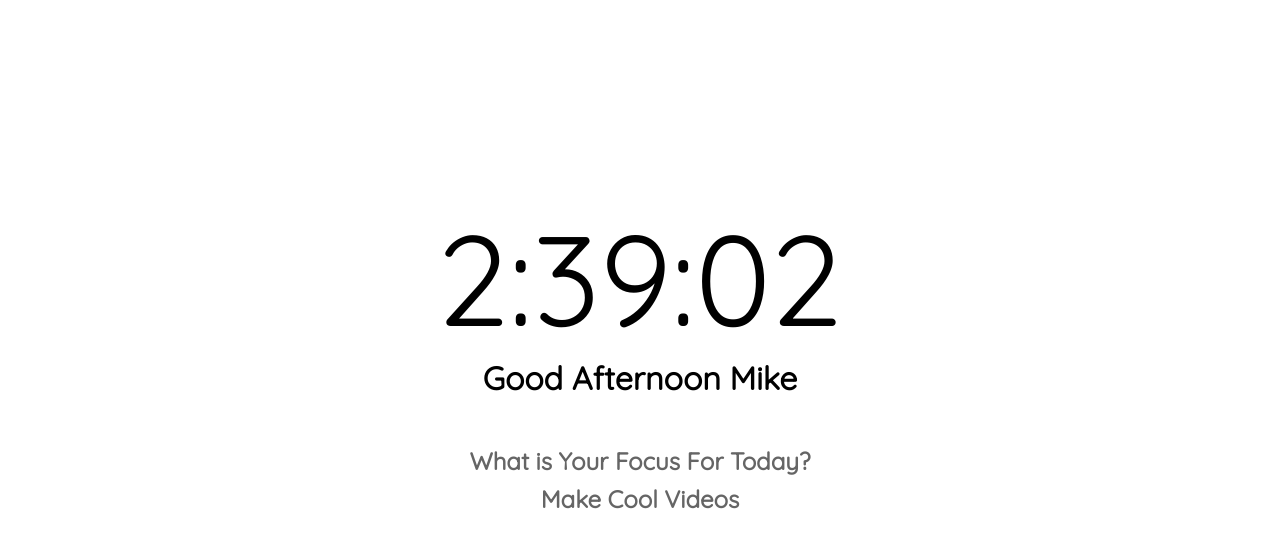
Repository: shadowmare358/focusApp
Page: index.html
The author's editor kept a copy of each file at every save. The page is drawn from the files as they stood at one save, then again after the next save.
The browser window is 1280 px wide. The pictures show the whole page.

Above is the page before, as saved 2019-08-13 18:15:07.

### index.html
<!DOCTYPE html>
<html lang="en">
<head>
    <meta charset="UTF-8">
    <meta name="viewport" content="width=device-width, initial-scale=1.0">
    <meta http-equiv="X-UA-Compatible" content="ie=edge">
    <link href="https://fonts.googleapis.com/css?family=Quicksand&display=swap" rel="stylesheet">
    <link rel="stylesheet" href="css/style.css">
    <title>Welcome</title>
</head>
<body>
    <time id="time">12:17:04</time>
    <h1>
        <span id="greeting">Good Afternoon</span>
        <span id="name" contenteditable="true">Mike</span>
    </h1>

    <h2>What is Your Focus For Today?</h2>
    <h2 id="focus" contenteditable="true">Make Cool Videos</h2>

    <script src="js/main.js"></script>
</body>
</html>

### css/style.css
*{
    box-sizing: border-box;
    margin: 0;
    padding: 0;

}

body{
    font-family: 'Quicksand', sans-serif;
    display: flex;
    flex-direction: column;
    align-items: center;
    justify-content: center;
    text-align: center;
    height: 100vh;
    color: black;
}

#time {
    font-size: 8rem;
}
h1{
    margin-bottom: 3rem;
}
h2{
    margin-bottom: 0.5rem;
    opacity: 0.6;
}
@media(max-width: 700px) {
#time{
    font-size: 6rem;
}
}

### js/main.js
const time = document.getElementById('time'),
greeting = document.getElementById('greeting'),
name = document.getElementById('name'),
focus = document.getElementById('focus')

function showTime() {
    let today = new Date(),
    hour= today.getHours(),
    min = today.getMinutes(),
    sec = today.getSeconds()

    const amPm = hour >= 12 ? 'PM' : 'AM';
 sec =
    hour = hour % 12 || 12;

    time.innerHTML = `${hour}<span>:</span>${addZero(min)}<span>:</span>${addZero(sec)}`;

    setTimeout(showTime, 1000);
}

function addZero(n) {
    return (parseInt(n,10) < 10 ? '0' : '') + n
}

function setBgGreet() {
    let today = new Date(),
    hour = today.getHours();

    if(hour < 12){

    }
}

showTime();

After the next save:
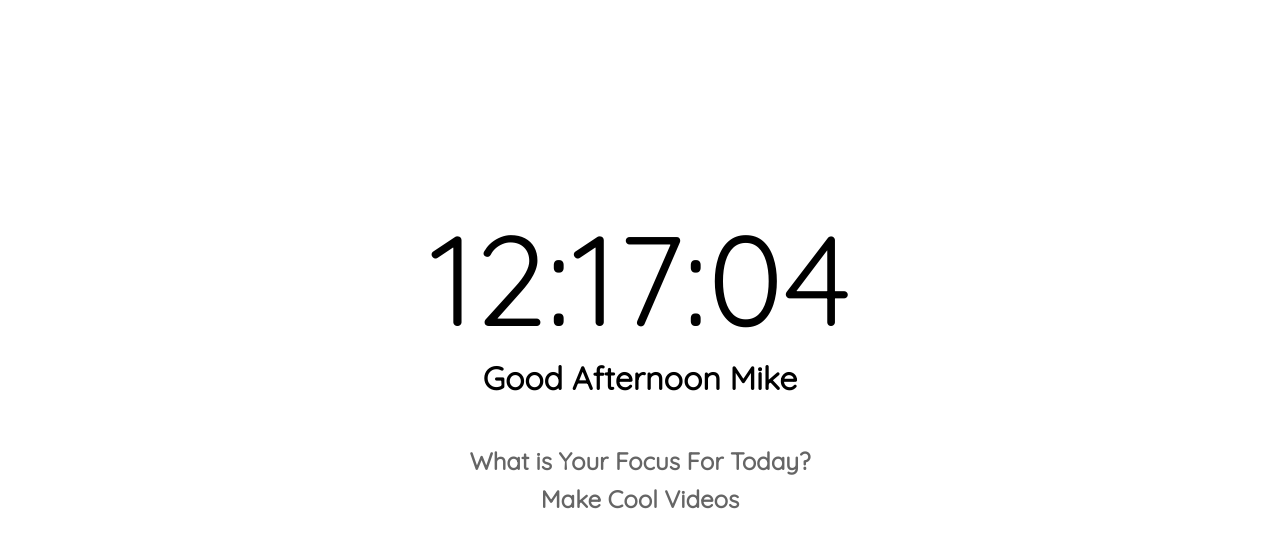
Console error: SyntaxError: Unexpected token '}'
Saved 9 s later.
--- a/js/main.js
+++ b/js/main.js
@@ -28,7 +28,7 @@
 
     if(hour < 12){
 
-    }
+    }else
 }
 
 showTime();

After the 3 saves that followed:
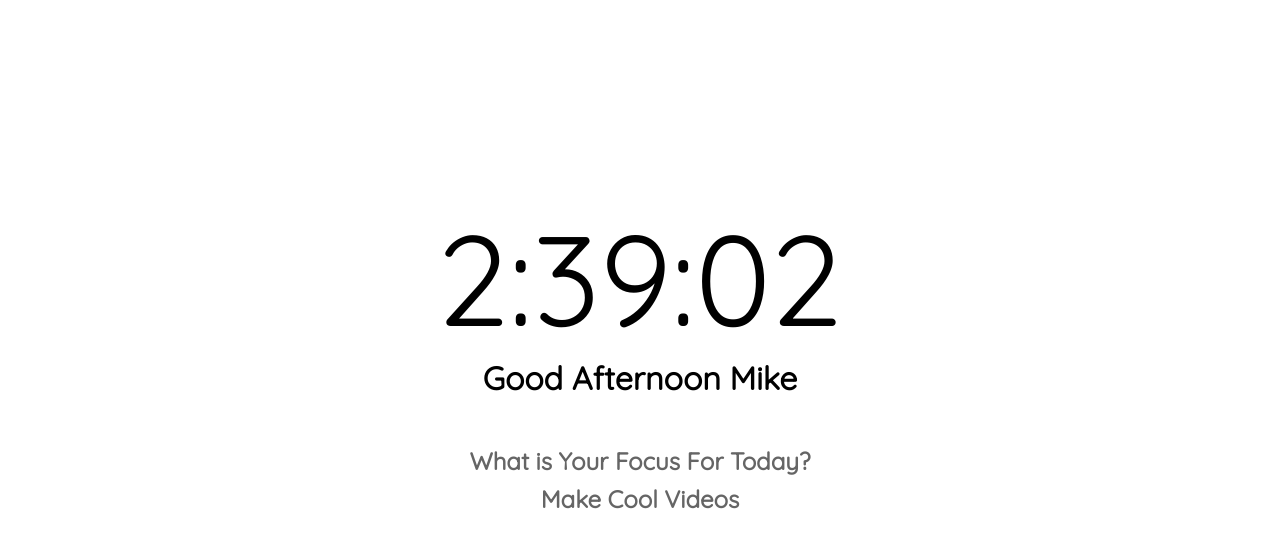
The error is gone.
The 3 saves are shown as one change because they came seconds apart.
The last was saved 8 s later.
--- a/js/main.js
+++ b/js/main.js
@@ -28,7 +28,9 @@
 
     if(hour < 12){
 
-    }else
+    }else if(hour < 18){
+
+    }
 }
 
 showTime();
